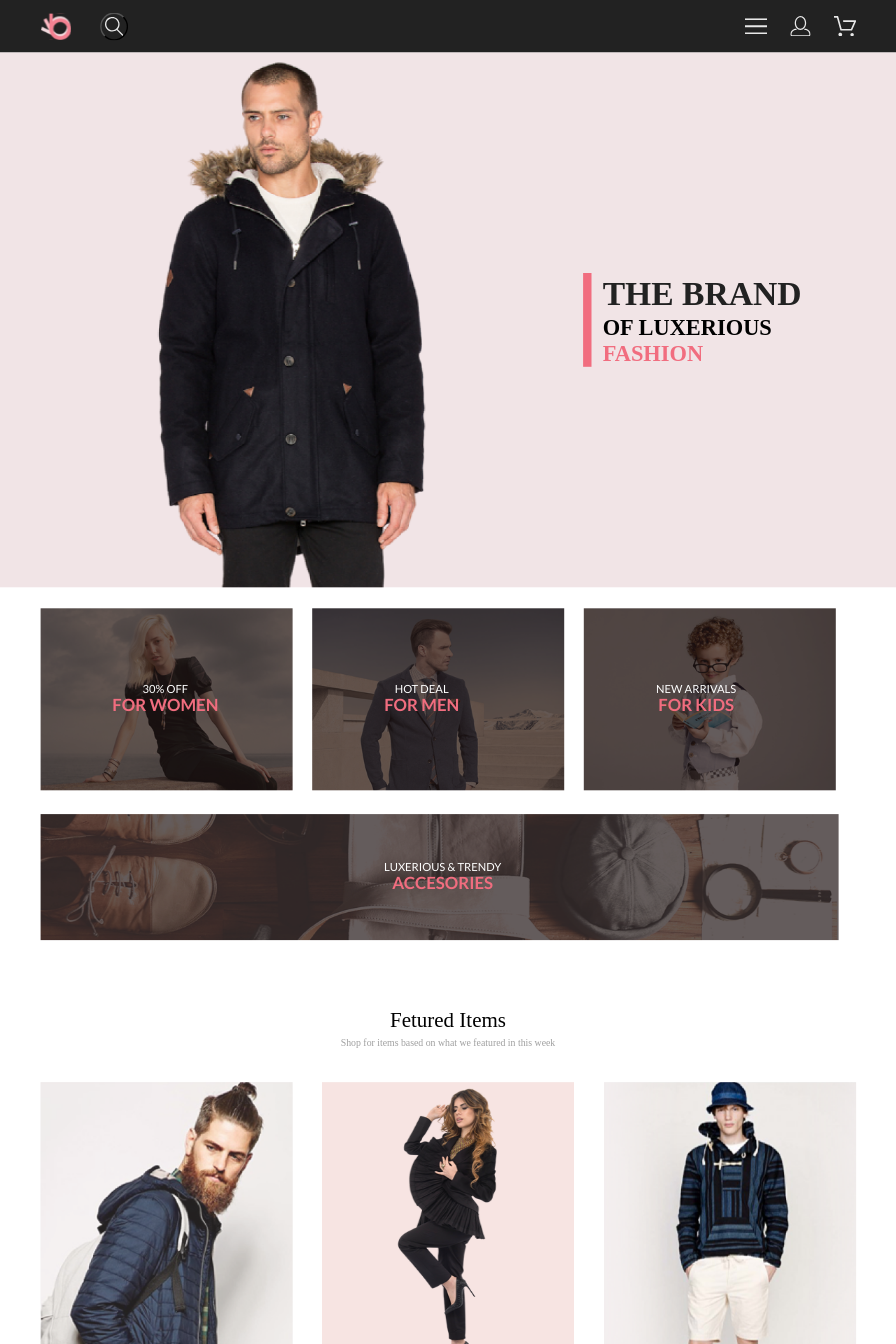
Repository: shtepaa/work-show-linkid
Page: les01/index.html
An editor plug-in stored every save of this project. The page is shown before and after a run of saves, followed by the edit.
The browser window is 1280 px wide. The pictures show the part of the page from y = 0 to 1920 px (the page is 3886 px tall before and 3902 px after), at 70% of full size.

Above is the page before, as saved 2022-02-15 12:22:58.

After the next 4 saves:
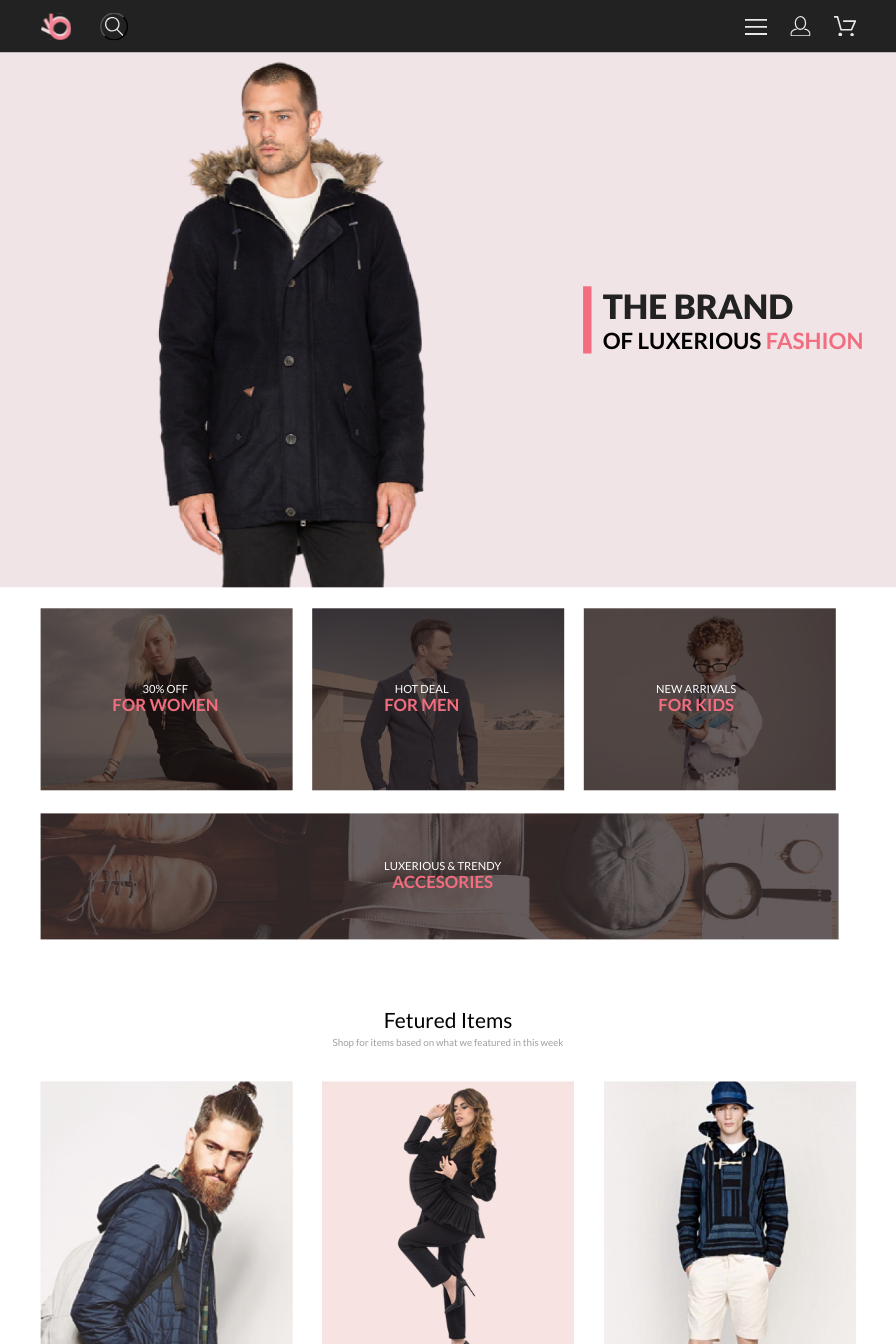
The 4 saves are shown as one change because they came seconds apart.
The last was saved 11 s later.
--- a/les01/style.css
+++ b/les01/style.css
@@ -3,7 +3,9 @@
   padding: 0;
 }
 
-
+body{
+  font-family: "Lato", sans-serif;
+}
 
 header {
   background-color: #222;
